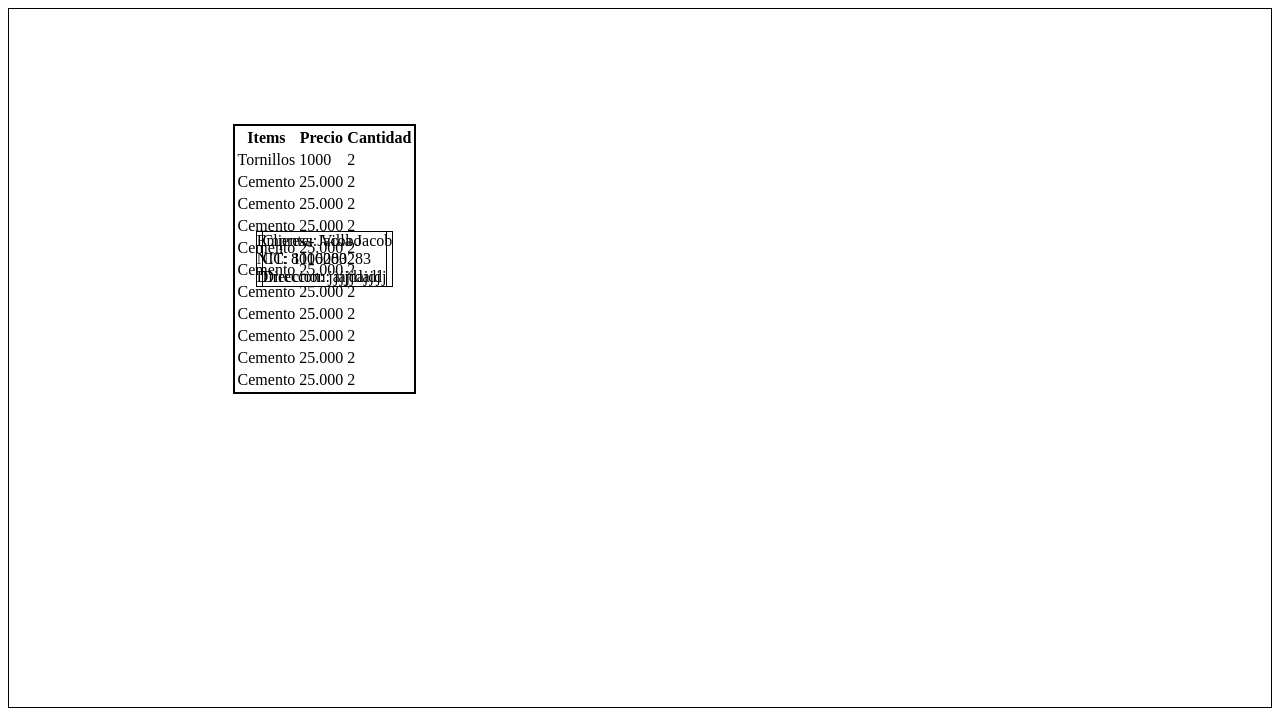
Repository: MrVanQish/FacturaEstructura
Page: index.html
An editor plug-in stored every save of this project. The page is shown before and after the next save, followed by the edit.
The browser window is 1280 px wide. The pictures show the whole page.

Above is the page before, as saved 2021-09-29 10:16:02.

### index.html
<!DOCTYPE html>
<html lang="en">
<head>
    <meta charset="UTF-8">
    <meta http-equiv="X-UA-Compatible" content="IE=edge">
    <meta name="viewport" content="width=device-width, initial-scale=1.0">
    <title>Document</title>
    <link rel="stylesheet" href="styles.css">
</head>
<body>

    <div class="wrapper">

        <div class="factura1">
                <div class="infoEmpresa-f">
                    Empresa: Villa Jacob
                    <br>
                    NIT: 8000000
                    <br>
                    Direccion: jajjdajdj
                </div>
                <div class="infoCliente-f">
                    Cliente: Jacobo
                    <br>
                    CC: 1116283283
                    <br>
                    Direccion: jajjdajdj
                </div>
                <div class="items-f">

                    <table>

                        <tr>

                            <th>Items</th>

                            <th>Precio</th>

                            <th>Cantidad</th>


                        </tr>

                          <tr>

                            <td>Tornillos</td>

                            <td>1000</td>

                            <td>2</td>

                          </tr>

                          <tr>

                            <td>Cemento</td>

                            <td>25.000</td>

                            <td>2</td>

                          </tr>


                          <tr>

                            <td>Cemento</td>

                            <td>25.000</td>

                            <td>2</td>

                          </tr>

                          <tr>

                            <td>Cemento</td>

                            <td>25.000</td>

                            <td>2</td>

                          </tr>

                          <tr>

                            <td>Cemento</td>

                            <td>25.000</td>

                            <td>2</td>

                          </tr>

                          <tr>

                            <td>Cemento</td>

                            <td>25.000</td>

                            <td>2</td>

                          </tr>

                          <tr>

                            <td>Cemento</td>

                            <td>25.000</td>

                            <td>2</td>

                          </tr>


                          <tr>

                            <td>Cemento</td>

                            <td>25.000</td>

                            <td>2</td>

                          </tr>


                          <tr>

                            <td>Cemento</td>

                            <td>25.000</td>

                            <td>2</td>

                          </tr>

                          <tr>

                            <td>Cemento</td>

                            <td>25.000</td>

                            <td>2</td>

                          </tr>

                          <tr>

                            <td>Cemento</td>

                            <td>25.000</td>

                            <td>2</td>

                          </tr>






                      </table>



                </div>

                <!-- //t -->
            <div class="body-f">

            </div>
        </div>


    </div>

</body>
</html>

### styles.css
@page {
    size: A4 landscape;
}

.wrapper {
    height: 97vh;
    border: 1px solid #000;
    display: grid;
    grid-template-columns: 1fr 1fr;
    grid-template-rows: 500px;
    grid-template-areas:
      "f1 f2";
  }

  .factura1 {

    display: grid;
    grid-area: f1;
    align-self: center;
    justify-self: center;
    border: 1px solid #000;
    grid-template-columns: 1fr 1fr;
    grid-template-rows: 1fr auto;
    grid-template-areas:
      "infoCliente-f c items-f"
      "infoEmpresa-f " ;
  }


.infoEmpresa-f{

    grid-area: infoEmpresa-f;
    border: 1px solid #000;
    align-self: center;
    justify-self: center;

}

.infoCliente-f{
    grid-area: infoCliente-f;
    border: 1px solid #000;
    align-self: center;
    justify-self: center;
}

.items-f{
    grid-area: items-f;
    border: 1px solid #000;
    align-self: center;
    justify-self: center;
}

After the next save:
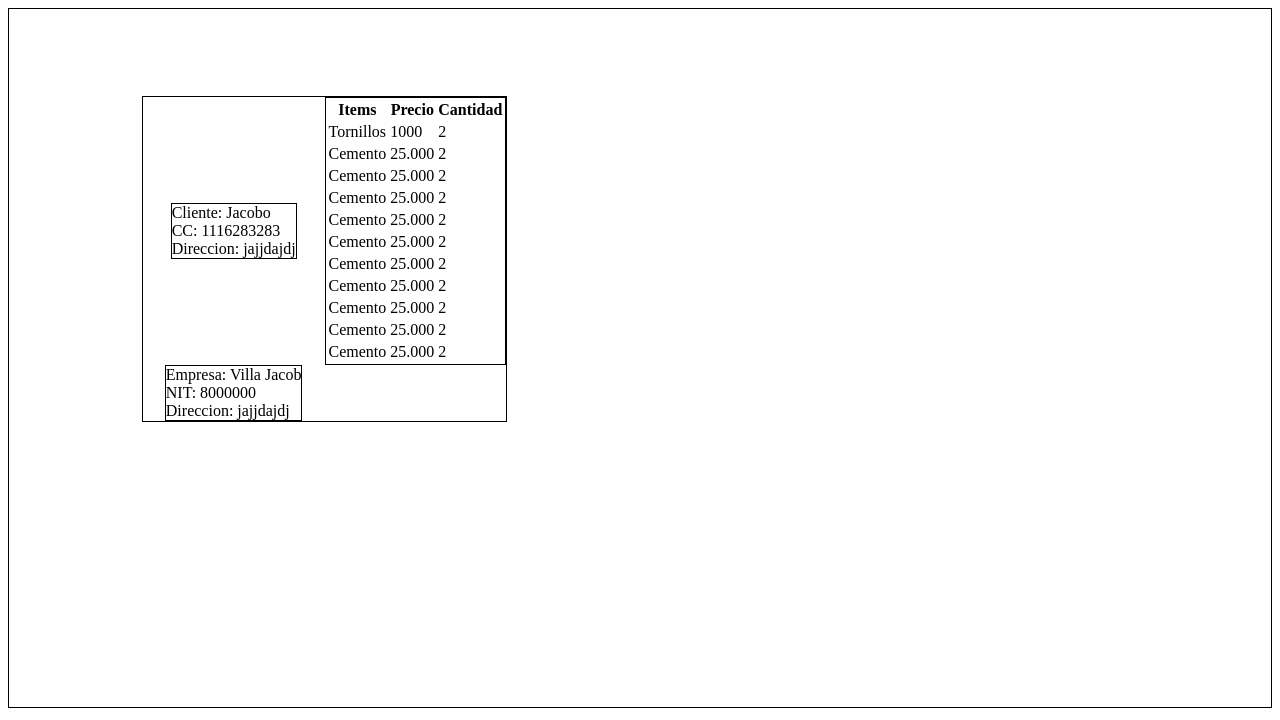
Saved 4 s later.
--- a/styles.css
+++ b/styles.css
@@ -22,8 +22,8 @@
     grid-template-columns: 1fr 1fr;
     grid-template-rows: 1fr auto;
     grid-template-areas:
-      "infoCliente-f c items-f"
-      "infoEmpresa-f " ;
+      "infoCliente-f items-f"
+      "infoEmpresa-f c" ;
   }
 
 

After the 2 saves that followed:
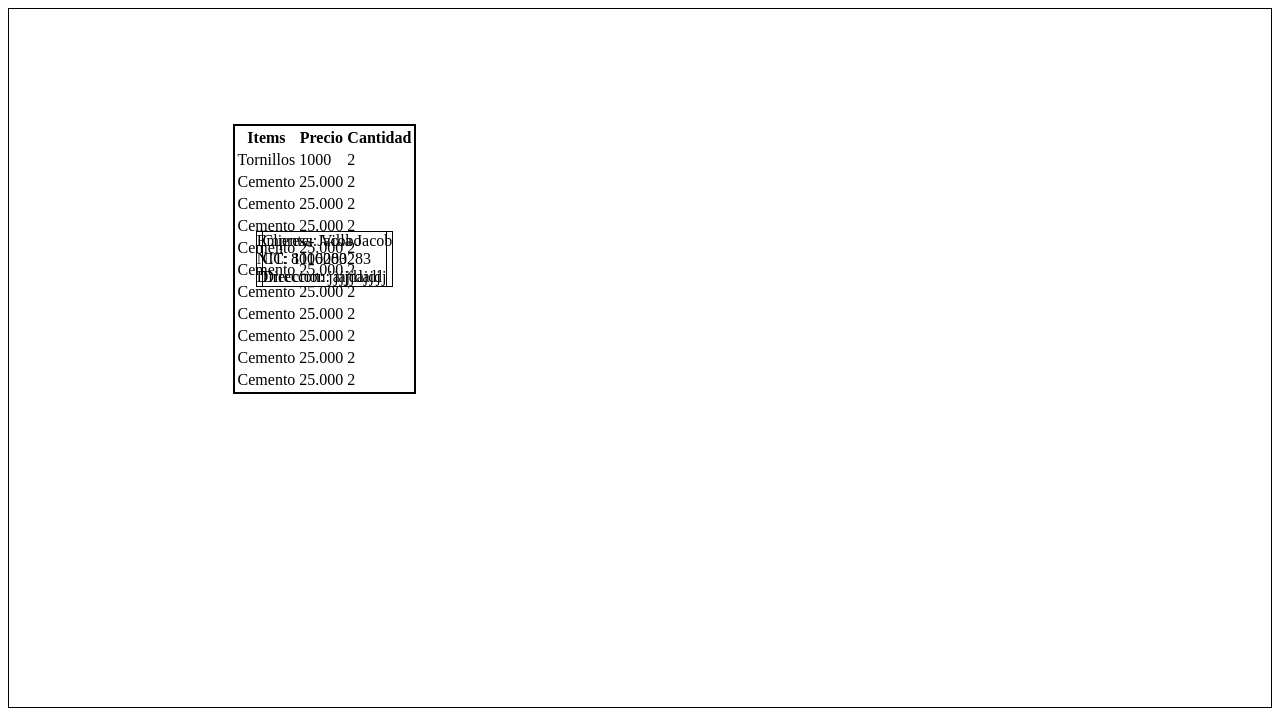
The 2 saves are shown as one change because 1 left the picture as it was.
The last was saved 22 s later.
--- a/styles.css
+++ b/styles.css
@@ -20,10 +20,10 @@
     justify-self: center;
     border: 1px solid #000;
     grid-template-columns: 1fr 1fr;
-    grid-template-rows: 1fr auto;
+    grid-template-rows: auto;
     grid-template-areas:
       "infoCliente-f items-f"
-      "infoEmpresa-f c" ;
+      "infoEmpresa-f" ;
   }
 
 
